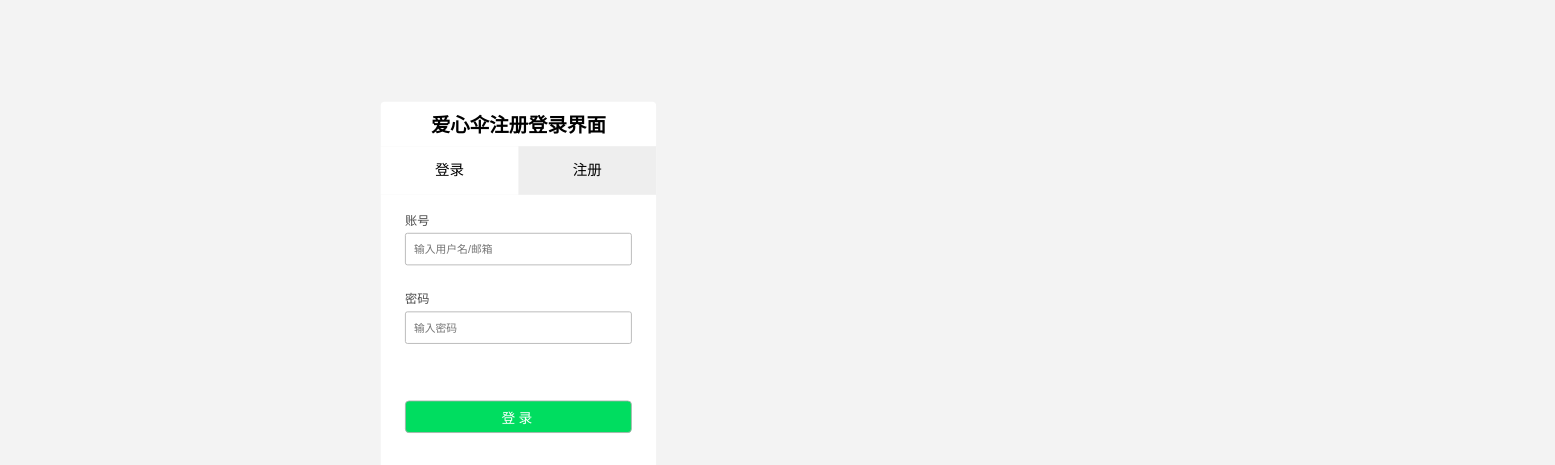
Repository: qxchuckle/LoveUmbrella
Page: index.html
The author's editor kept a copy of each file at every save. The page is drawn from the files as they stood at one save, then again after the next save.
The browser window is 1280 px wide. The page is 1280 px wide, then 1920 px, so the pictures cover 1920 px, including what lies to the right of the window. The pictures show the whole page, at 81% of full size.

Above is the page before, as saved 2022-10-02 20:52:04.

### index.html
<!DOCTYPE html>
<html>
	<head>
		<meta charset="utf-8">
		<title>爱心伞注册登录界面</title>
		<link rel="stylesheet" type="text/css" href="index.css" />
	</head>
	<body>
		<div class="control">
            <h2>爱心伞注册登录界面</h2>
			<div class="item">
				<div class="active">登录</div><div>注册</div>
			</div>
			<p id="error_box"></p>
			<div class="content">
				<div style="display: block;">
					<p>账号</p>
					<input class="input1" type="text" placeholder="输入用户名/邮箱" />
					<p>密码</p>
					<input class="input2"  type="text" placeholder="输入密码" />
					<br/>
					<p id="loding_box1"></p>
					<button class="btn1">登录</button>
				</div>
				<div>
					<p>用户名</p>
					<input class="input3"  type="text" placeholder="输入用户名" />
					<p>密码</p>
					<input class="input4"  type="text" placeholder="输入密码" />
					<p>邮箱</p>
					<input class="input5"  type="text" placeholder="输入邮箱" />
					<br/>
					<p id="loding_box2"></p>
					<button class="btn2">注册</button>
				</div>
			</div>
		</div>

		<script src="index.js"></script>
	</body>
</html>

### index.css
*{
	margin: 0;
	padding: 0;
}
body{
	background: #f3f3f3;
}
.control{
	width: 340px;
	background: white;
	position: absolute;
	top: 50%;
	left: 50%;
	transform: translate(-50%,-50%);
	border-radius: 5px;
}
.control h2{
	text-align: center;
	padding: 10px;
}
.item{
	width: 340px;
	height: 60px;
	background: #eeeeee;
}
.item div{
	width: 170px;
	height: 60px;
	display: inline-block;
	color: black;
	font-size: 18px;
	text-align: center;
	line-height: 60px;
	cursor: pointer;
}
.content{
	width: 100%;
}
.content div{
	margin: 20px 30px;
	display: none;
	text-align: left;
}
p{
	color: #4a4a4a;
	margin-top: 30px;
	margin-bottom: 6px;
	font-size: 15px;
}
.content input[type="text"], .content input[type="password"]{
	width: 100%;
	height: 40px;
	border-radius: 3px;
	border: 1px solid #adadad;
	padding: 0 10px;
	box-sizing: border-box;
}
.content button{
	margin-top: 40px;
	width: 100%;
	height: 40px;
	border-radius: 5px;
	color: white;
	border: 1px solid #adadad;
	background: #00dd60;
	font-size: 17px;
	cursor: pointer;
	letter-spacing: 4px;
	margin-bottom: 40px;
}
.content button:hover{
	background: #36e2e2;
}
.content button:active{
	background: #fa5d5d;
}
.active{
	background: white;
}
.item div:hover{
	background: #f6f6f6;
}
#error_box{
	text-align: center;
	color: #fa5d5d;
	font-weight: 600;
	font-size: 17px;
	margin-top: 15px;
	margin-bottom: -10px;
}

### index.js
const btn1 = document.querySelector(".btn1");
const btn2 = document.querySelector(".btn2");
var oError = document.getElementById("error_box");
var oLoding1 = document.getElementById("loding_box1");
var oLoding2 = document.getElementById("loding_box2");
const account1 = document.querySelector(".input1");
const password1 = document.querySelector(".input2");
const account2 = document.querySelector(".input3");
const password2 = document.querySelector(".input4");
const email = document.querySelector(".input5");
window.onload = function () {
	var item = document.getElementsByClassName("item");
	var it = item[0].getElementsByTagName("div");

	var content = document.getElementsByClassName("content");
	var con = content[0].getElementsByTagName("div");

	for (let i = 0; i < it.length; i++) {
		it[i].onclick = function () {
			for (let j = 0; j < it.length; j++) {
				it[j].className = '';
				con[j].style.display = "none";
			}
			this.className = "active";
			it[i].index = i;
			con[i].style.display = "block";
			oError.innerHTML = "";
		}
	}
}
function setCookies(obj, limitTime) {
	let data = new Date(new Date().getTime() + limitTime * 24 * 60 * 60 * 1000).toUTCString()
	for (let i in obj) {
		document.cookie = i + '=' + obj[i] + ';expires=' + data
	}
}
function getCookie(name) {
	var arr, reg = new RegExp("(^| )" + name + "=([^;]*)(;|$)");
	if (arr = document.cookie.match(reg))
		return unescape(arr[2]);
	else
		return null;
}
var cookieValue = getCookie('token');
//自动登录
if (cookieValue) {
	window.location.href = '/zhuye/';
}
//登录
btn1.addEventListener("click", function () {
	oError.innerHTML = "";
	if (account1.value.length > 20 || account1.value.length < 2) {
		oError.innerHTML = "账号请输入2-20位字符";
		return;
	}
	if (password1.value.length > 20 || password1.value.length < 6) {
		oError.innerHTML = "密码请输入6-20位字符"
		return;
	} else for (var i = 0; i < password1.value.charCodeAt(i); i++) {
		if ((password1.value.charCodeAt(i) < 48) || (password1.value.charCodeAt(i) > 57) && (password1.value.charCodeAt(i) < 97) || (password1.value.charCodeAt(i) > 122)) {
			oError.innerHTML = "密码必须为字母跟数字组成";
			return;
		}
	}
	oLoding1.innerHTML = "<img src='loding.gif'>登录中";
	fetch('https://mock.apifox.cn/m1/1703731-0-default/login', {
		method: "POST",
		body: JSON.stringify({ account: account1.value, password: password1.value }),
		headers: {
			"Content-Type": "application/json"
		},
	})
		.then(response => {
			if (response.ok) {
				return response.json();
			} else {
				return Promise.reject('QAQ出错啦');
			}
		})
		.then(data => {
			console.log(data);
			oError.innerHTML = "登录成功";
			setCookies({
				token: data.list.token,
			}, 7);
			oLoding1.innerHTML = "";
			window.location.href = '/zhuye/';
		});
});

//注册
btn2.addEventListener("click", function () {
	oError.innerHTML = "";
	if (account2.value.length > 20 || account2.value.length < 2) {
		oError.innerHTML = "账号请输入2-20位字符";
		return;
	}
	if (password2.value.length > 20 || password2.value.length < 6) {
		oError.innerHTML = "密码请输入6-20位字符"
		return;
	} else for (var i = 0; i < password2.value.charCodeAt(i); i++) {
		if ((password2.value.charCodeAt(i) < 48) || (password2.value.charCodeAt(i) > 57) && (password2.value.charCodeAt(i) < 97) || (password2.value.charCodeAt(i) > 122)) {
			oError.innerHTML = "密码必须为字母跟数字组成";
			return;
		}
	}
	var email_Regex = new RegExp('^.+@[A-Z0-9a-z]+\.[a-zA-Z]+$');
	if (!email_Regex.test(email.value)) {
		oError.innerHTML = "邮箱格式不正确";
		return;
	}
	oLoding2.innerHTML = "<img src='loding.gif'>注册中";
	fetch('https://mock.apifox.cn/m1/1703731-0-default/register', {
		method: "POST",
		body: JSON.stringify({ account: account2.value, password: password2.value, email: email.value }),
		headers: {
			"Content-Type": "application/json"
		},
	})
		.then(response => {
			if (response.ok) {
				return response.json();
			} else {
				return Promise.reject('QAQ出错啦');
			}
		})
		.then(data => {
			oError.innerHTML = "注册成功";
			oLoding2.innerHTML = "";
	     	window.location.href = '/';
		});
});

After the next save:
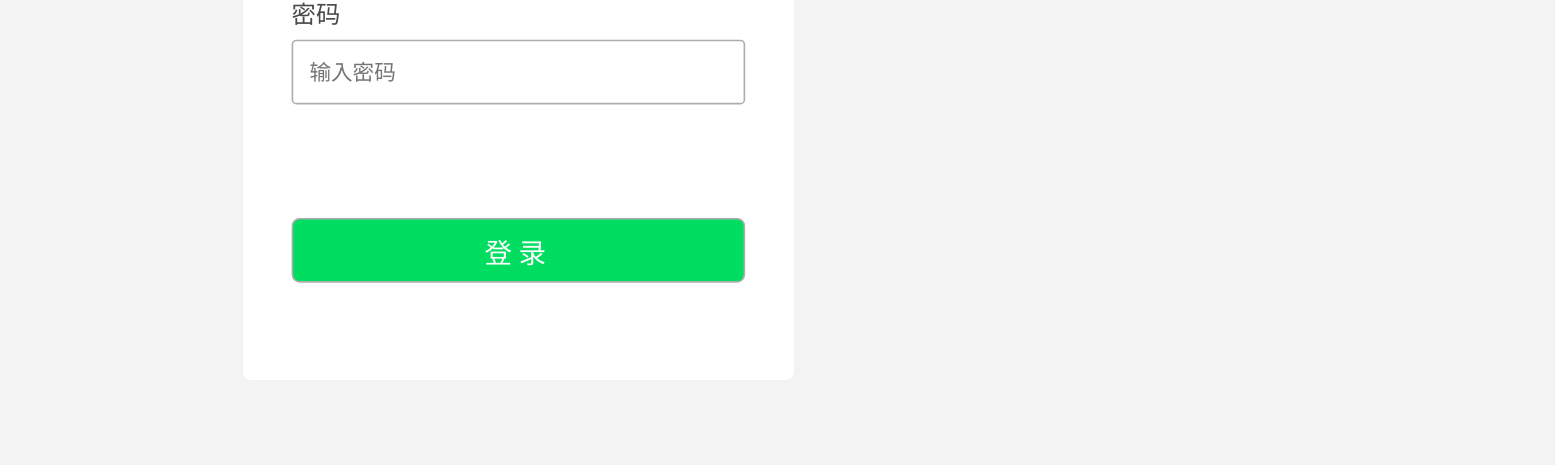
Saved 7 min 23 s later.
--- a/index.css
+++ b/index.css
@@ -4,6 +4,7 @@
 }
 body{
 	background: #f3f3f3;
+	transform: scale(2, 2);
 }
 .control{
 	width: 340px;
